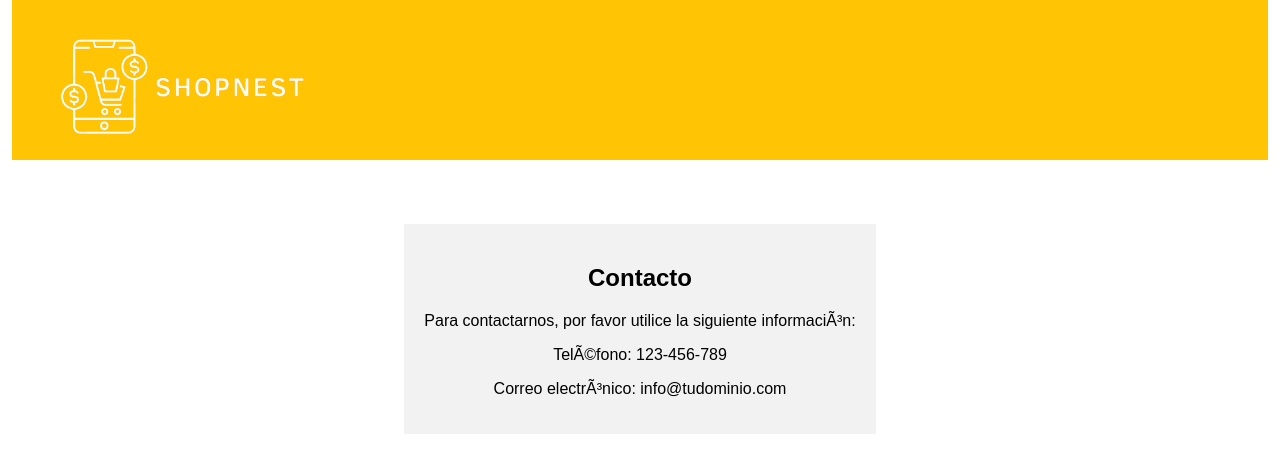
Repository: Regmalek07/ProyectoU
Page: contacto.html
These files come from the project's save history. The page is drawn as it stood at one moment and after the next save; the edit follows.
The browser window is 1280 px wide. The pictures show the whole page.

Above is the page before, as saved 2024-04-29 04:14:22.

### contacto.html
<!DOCTYPE html>
<html>
    <head lang="es">
        <meta charset="UFT-8">
        <title>Contactanos</title>
        <link rel="stylesheet" href="styles3.css">
    </head>
    <body>
        <header>
            <div class="logo">
                <a href="home.html">
                <img src="Logo_1.png" alt="Logo de tu empresa">
                </a>
            </div>
            <nav>
                <button id="logout-button" onclick="logout()" style="display: none;">Cerrar sesión</button>
            </nav>
        </header>
        <section class="contact">
            <h1>Contacto</h1>
            <div class="content">
                <p>Para contactarnos, por favor utilice la siguiente información:</p>
                <p>Teléfono: 123-456-789</p>
                <p>Correo electrónico: info@tudominio.com</p>
            </div>
        </section>
        <script src="localsesion.js"></script>
    </body>
</html>

### styles3.css
body {
    font-family: Arial, sans-serif;
    margin: 0;
    padding: 0;
    display: flex;
    flex-direction: column;
    align-items: center;
}

h1 {
    text-align: center;
}

p {
    text-align: center;
}

header {
    background-color: #ffc403;
    padding: 20px;
    display: flex;
    justify-content: space-between;
    align-items: center;
    max-height: 120px;
    width: 95%;
}

.logo img {
    width: 300px;
}

.contact {
    background-color: #f2f2f2;
    margin: 5% 0;
    padding: 20px;
    text-align: center;
    max-width: 800px;
}

.content {
    margin-top: 20px;
}

button {
    background-color: #007bff;
    color: #fff;
    padding: 10px 20px;
    border: none;
    border-radius: 5px;
    cursor: pointer;
}

### localsesion.js
// Función para cerrar sesión
function logout() {
    // Eliminar el estado de autenticación del almacenamiento local
    localStorage.removeItem("authenticated");
    // Redirigir al usuario al inicio de sesión
    window.location.href = "home.html";
}
document.addEventListener("DOMContentLoaded", function() {
    // Verificar el estado de autenticación al cargar la página
    var isAuthenticated = localStorage.getItem("authenticated");

    if (isAuthenticated) {
        // Si el usuario está autenticado, mostrar el botón de cierre de sesión
        document.getElementById("logout-button").style.display = "block";
    } else {
        // Si el usuario no está autenticado, ocultar el botón de cierre de sesión
        document.getElementById("logout-button").style.display = "none";
    }
});

After the next save:
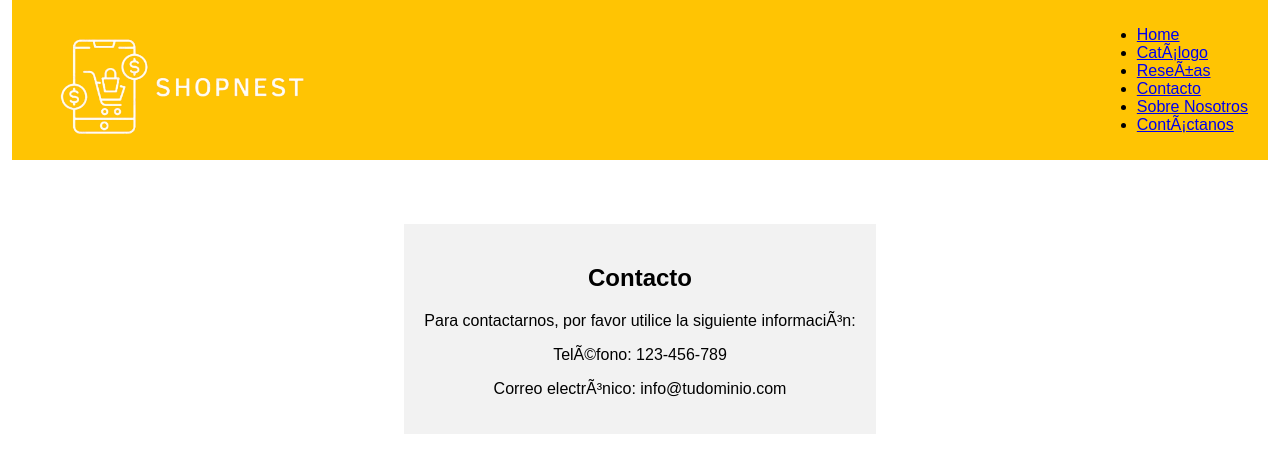
Saved 21 min 4 s later.
--- a/contacto.html
+++ b/contacto.html
@@ -9,11 +9,21 @@
         <header>
             <div class="logo">
                 <a href="home.html">
-                <img src="Logo_1.png" alt="Logo de tu empresa">
+                <img src="Logo_1.png" alt="LogoShop">
                 </a>
             </div>
             <nav>
                 <button id="logout-button" onclick="logout()" style="display: none;">Cerrar sesión</button>
+            </nav>
+            <nav>
+                <ul>
+                    <li><a href="home.html">Home</a></li>
+                    <li><a href="catalogo.html">Catálogo</a></li>
+                    <li><a href="resenas.html">Reseñas</a></li>
+                    <li><a href="contacto.html">Contacto</a></li>
+                    <li><a href="sobre_nosotros.html">Sobre Nosotros</a></li>
+                    <li><a href="contactanos.html">Contáctanos</a></li>
+                </ul>
             </nav>
         </header>
         <section class="contact">
